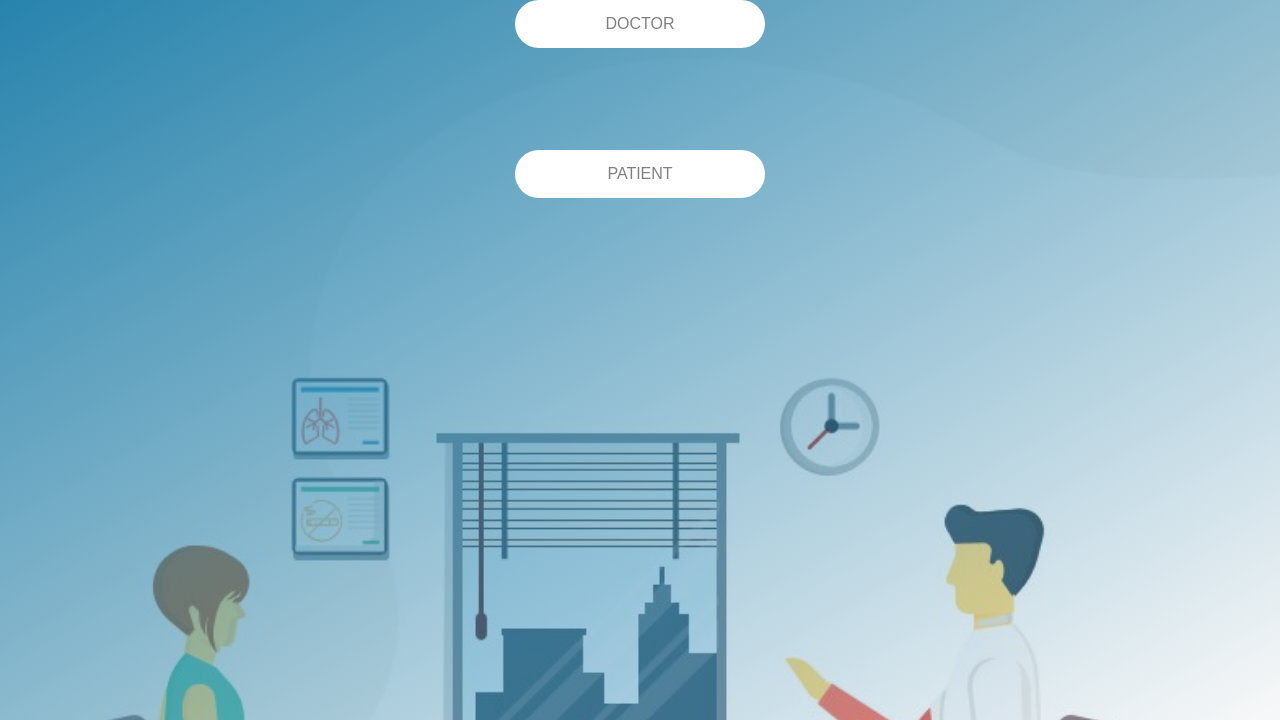
Repository: ajayaj2001/healthcare-digitization
Page: /
An editor plug-in stored every save of this project. The page is shown before and after a run of saves, followed by the edit.
The browser window is 1280 px wide. The pictures show the whole page.
The project was rebuilt for these pictures with package versions that can differ from the ones it lists, and the page was loaded fresh each time.

Above is the page before, as saved 2021-03-12 18:44:43.

### public/index.html
<!DOCTYPE html>
<html lang="en">

<head>
  <meta charset="utf-8" />
  <meta name="viewport" content="width=device-width, initial-scale=1" />
  <meta name="theme-color" content="#000000" />
  <meta name="description" content="Web site created using create-react-app" />
  <link rel="stylesheet" href="https://fonts.googleapis.com/css?family=Roboto:300,400,500,700&display=swap" />
  <link rel="stylesheet" href="https://fonts.googleapis.com/icon?family=Material+Icons" />

  <!--
      manifest.json provides metadata used when your web app is installed on a
      user's mobile device or desktop. See https://developers.google.com/web/fundamentals/web-app-manifest/
    -->
  <!-- <link rel="manifest" href="%PUBLIC_URL%/manifest.json" /> -->
  <!--
      Notice the use of %PUBLIC_URL% in the tags above.
      It will be replaced with the URL of the `public` folder during the build.
      Only files inside the `public` folder can be referenced from the HTML.

      Unlike "/favicon.ico" or "favicon.ico", "%PUBLIC_URL%/favicon.ico" will
      work correctly both with client-side routing and a non-root public URL.
      Learn how to configure a non-root public URL by running `npm run build`.
    -->
  <title>medical</title>
</head>

<body>
  <noscript>You need to enable JavaScript to run this app.</noscript>
  <div id="root"></div>
  <!--
      This HTML file is a template.
      If you open it directly in the browser, you will see an empty page.

      You can add webfonts, meta tags, or analytics to this file.
      The build step will place the bundled scripts into the <body> tag.

      To begin the development, run `npm start` or `yarn start`.
      To create a production bundle, use `npm run build` or `yarn build`.
    -->
</body>

</html>

### src/index.js
import React from 'react';
import ReactDOM from 'react-dom';
import './index.scss';
import App from './component/app/App';

ReactDOM.render(
  <React.StrictMode>
    <App />
  </React.StrictMode>,
  document.getElementById('root')
);

### src/index.scss
code {
  font-family: source-code-pro, Menlo, Monaco, Consolas, "Courier New", monospace;
}
@mixin respond($breakpoint) {
  @if $breakpoint == phone {
    @media (max-width: 37.5em) {
      @content;
    }
  }

  @if $breakpoint == tab-land {
    @media (max-width: 75em) {
      @content;
    }
  }
  @if $breakpoint == tab-port {
    @media (max-width: 56.25em) {
      @content;
    }
  }
  @if $breakpoint == big-desktop {
    @media (min-width: 112.5em) {
      @content;
    }
  }
}

*,
*::after,
*::before {
  margin: 0;
  padding: 0;
  box-sizing: inherit;
}
body {
  font-family: "Lato", sans-serif;
  font-weight: 400;
  font-size: 16px;
  line-height: 1.7;
  color: #777;
  //padding: 30px;
  box-sizing: border-box;
  @include respond(tab-port) {
    padding: 0;
  }
}

html {
  font-size: 62.5%; //1rem=10px 10px/16px=62.5%
  @include respond(tab-land) {
    //width <1200
    font-size: 56.25%; //1rem=9px
  }
  @include respond(tab-port) {
    //<width <900
    font-size: 50%; //1rem=8px
  }
  // @include respond(phone) {
  //     //<width<600
  //     font-size: 40%; //1rem=4.8px
  // }
  @include respond(big-desktop) {
    //>1200
    font-size: 75%; //1rem=12
  }
}

### src/component/app/App.js
import './App.scss';

import UserType from "../userType/UserType";

function App() {
  return (
    <div className="App">
      <UserType />
    </div>
  );
}

export default App;

### src/component/userType/UserType.js
import React from 'react'
import './UserType.scss'

const UserType = () => {
    return (
        <div className="userType">
<div className="userType-buttons">
            <button className="btn btn--white btn--animation" >Doctor</button>
            <button className="btn btn--white btn--animation" >Patient</button>
            </div>
        </div>
    )
}

export default UserType

### src/component/userType/UserType.scss
.userType {
    height: 100vh;
    background-image: linear-gradient(to right bottom, #2783ad, rgba(23, 91, 122, 0)), url(../../img/img-2.jpg);
    background-size: cover;
    background-position: top;
    position: relative;
}

.btn {

    &,
    &:link,
    &:visited {
        text-decoration: none;
        padding: 1.5rem 3rem;
        text-transform: uppercase;
        display: inline-block;
        border-radius: 10rem;
        transition: all 0.2s;
        position: relative;
        font-size: 1.6rem;
        width: 25rem;
        margin-bottom: 8%;
        //for button element

        border: none;
        cursor: pointer;
    }
    &:hover {
        transform: translateY(-0.3rem);
        box-shadow: 0 1rem 2rem rgba(0, 0, 0, 0.3);
        &::after {
            transform: scalex(1.4) scaleY(1.6);
            opacity: 0;
        }
    }
    &:active,
    &:focus {
        outline: none;
        transform: translateY(-0.1rem);
        box-shadow: 0 0.5rem 1rem rgba(0, 0, 0, 0.2);
    }
    &--white {
        background-color: #fff;
        color: grey;
        &::after {
            background-color: #fff;
        }
    }
    &::after {
        content: "";
        display: inline-block;
        border-radius: 10rem;
        transition: all 0.4s;
        height: 100%;
        width: 100%;
        top: 0;
        left: 0;
        position: absolute;
        z-index: -1;
    }
    &--animation {
        animation: moveInBottom 0.5s ease-out 0.75 backwards;
    }
}

.userType-buttons{
    display: flex;
    flex-direction: column;
    align-items: center;
    justify-content: center;
}

Loaded but not shown: src/component/app/App.scss (no stored copy; drawn as an empty file)

After the next 4 saves:
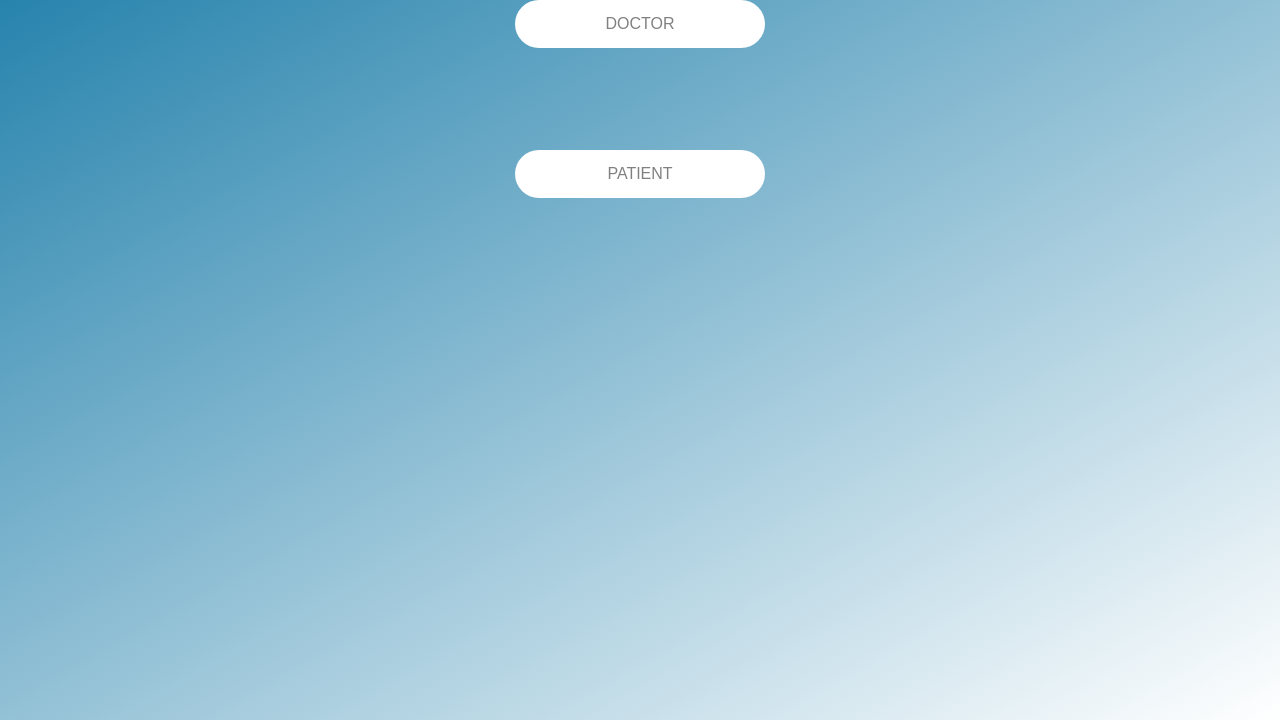
The 4 saves are shown as one change because 3 did not build or start.
The last was saved 90 min 8 s later.
--- a/src/component/userType/UserType.scss
+++ b/src/component/userType/UserType.scss
@@ -1,6 +1,6 @@
 .userType {
     height: 100vh;
-    background-image: linear-gradient(to right bottom, #2783ad, rgba(23, 91, 122, 0)), url(../../img/img-2.jpg);
+    background-image: linear-gradient(to right bottom, #2783ad, rgba(40, 140, 187, 0));
     background-size: cover;
     background-position: top;
     position: relative;
